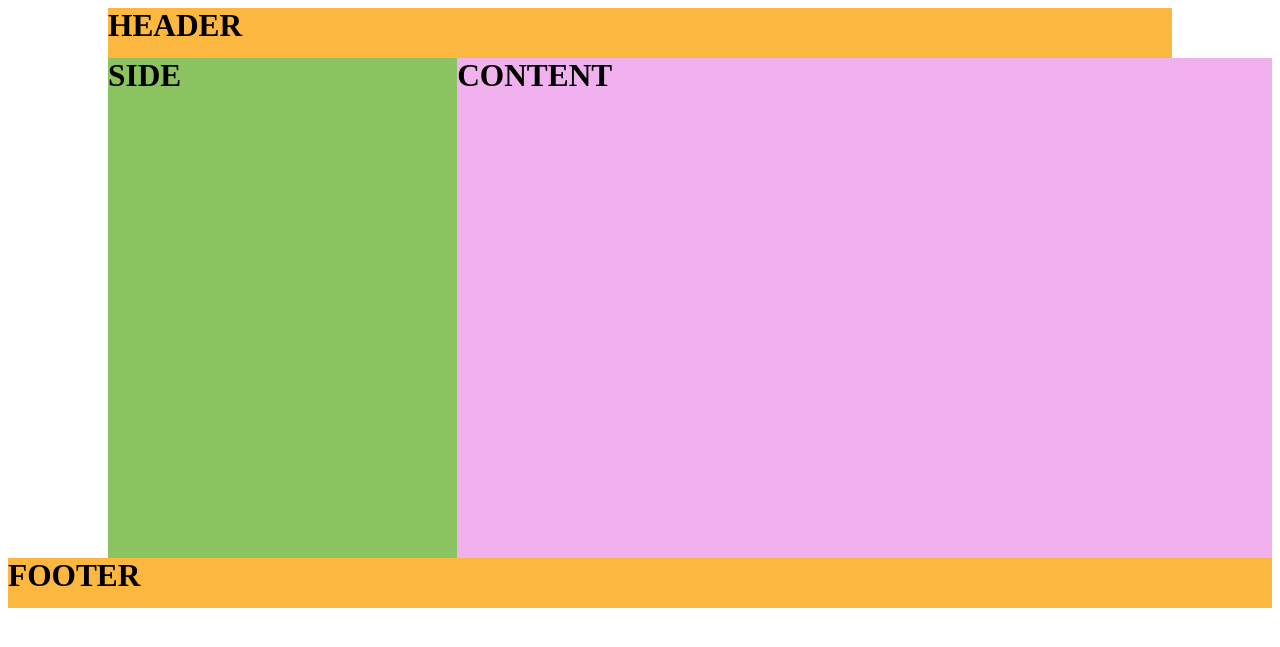
Repository: DuongThanhLong/Basic-responsive-HTML--CSS
Page: Flexbox/index.html
These files come from the project's save history. The page is drawn as it stood at one moment and after the next save; the edit follows.
The browser window is 1280 px wide. The pictures show the whole page.

Above is the page before, as saved 2021-09-21 20:23:27.

### Flexbox/index.html
<!DOCTYPE html>
<html lang="en">

<head>
    <meta charset="UTF-8">
    <meta http-equiv="X-UA-Compatible" content="IE=edge">
    <meta name="viewport" content="width=device-width, initial-scale=1.0">
    <title>Flexbox</title>
    <link rel="stylesheet" href="./style.css">
</head>

<body>
    <header>HEADER</header>
    <div class="center">
        <div class="side">SIDE</div>
        <div class="content">CONTENT</div>
    </div>
    <footer>FOOTER</footer>
</body>

</html>

### Flexbox/style.css
* {
    box-sizing: inherit;
    font-size: 1.4rem;
    padding: 0;
}

header {
    font-weight: bold;
    background-color: #FCB741;
    height: 50px;
    margin-left: 100px;
    margin-right: 100px;
}

.center {
    display: flex;
    height: 500px;
}

.side {
    margin-left: 100px;
    font-weight: bold;
    width: 30%;
    background-color: #8BC360;
}

.content {
    font-weight: bold;
    width: 70%;
    background-color: #F1B1EE;
}

footer {
    font-weight: bold;
    background-color: #FCB741;
    height: 50px;
}

After the next save:
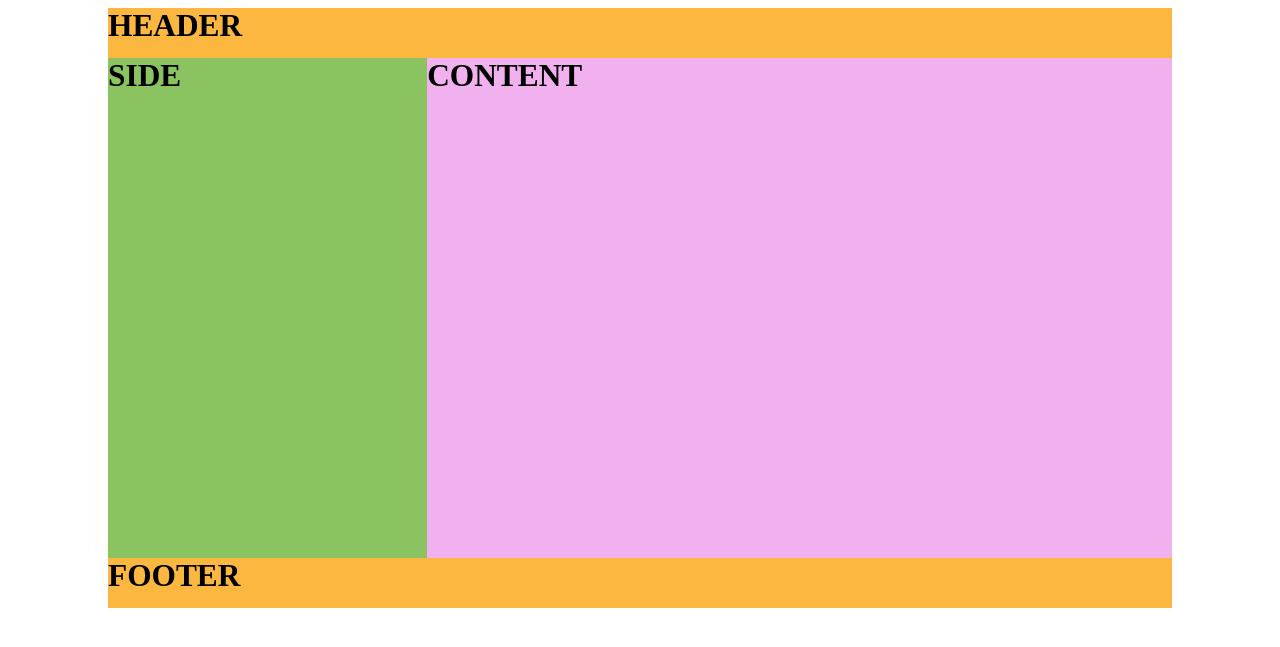
Saved 24 s later.
--- a/Flexbox/style.css
+++ b/Flexbox/style.css
@@ -25,6 +25,7 @@ header {
 }
 
 .content {
+    margin-right: 100px;
     font-weight: bold;
     width: 70%;
     background-color: #F1B1EE;
@@ -34,4 +35,6 @@ footer {
     font-weight: bold;
     background-color: #FCB741;
     height: 50px;
+    margin-left: 100px;
+    margin-right: 100px;
 }
